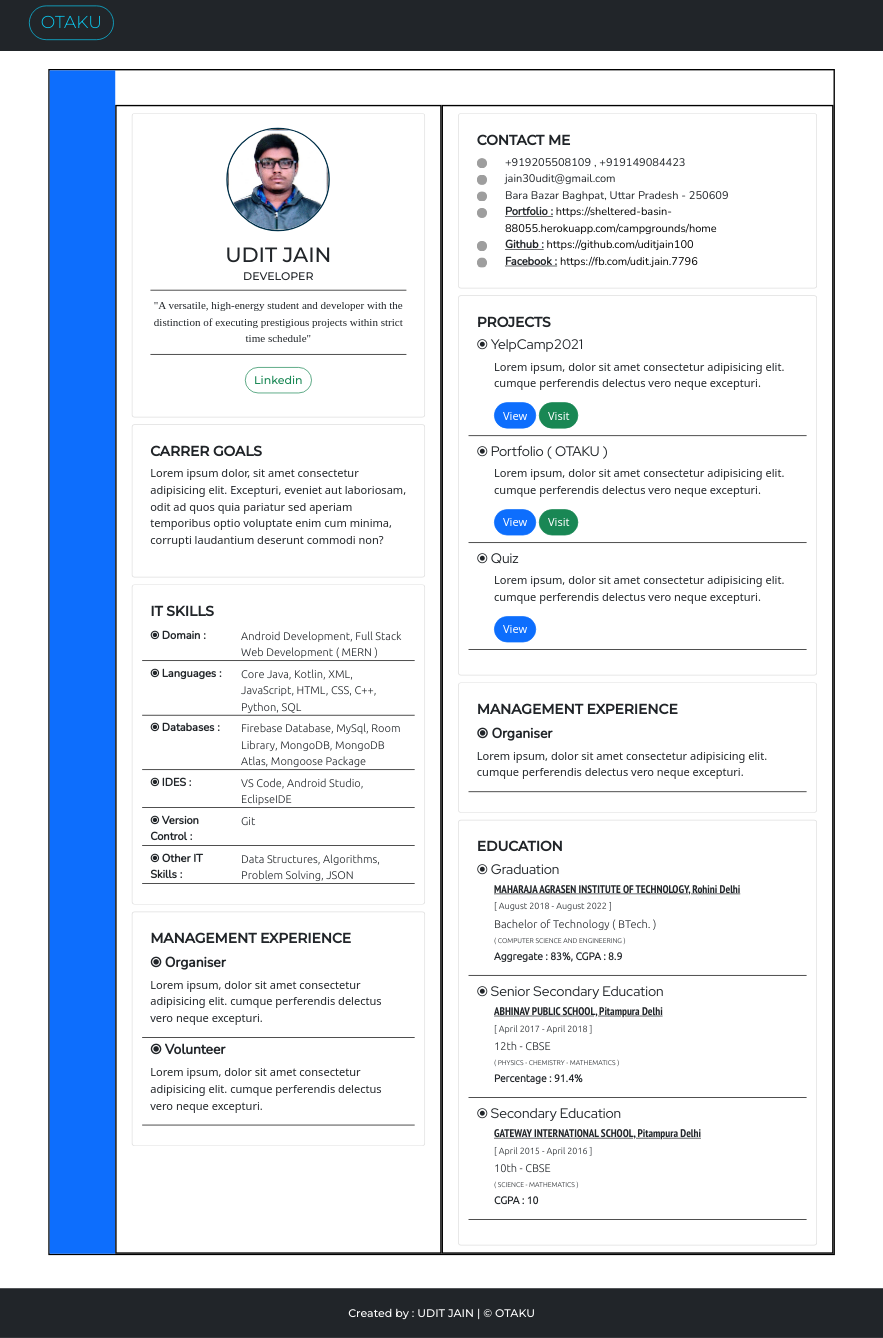
Repository: uditjain100/Responsive-Resume
Page: layouts/index.html
An editor plug-in stored every save of this project. The page is shown before and after the next save, followed by the edit.
The browser window is 1280 px wide. The pictures show the whole page, at 69% of full size.
Pictures or frames that could not be fetched are drawn as grey boxes. Some web fonts or font styles are not loaded; a fallback is used. Some web libraries are served in a nearby version.

Above is the page before, as saved 2021-03-01 18:51:29.

### layouts/index.html
<!DOCTYPE html>
<html lang="en">
  <head>
    <meta charset="UTF-8" />
    <meta http-equiv="X-UA-Compatible" content="IE=edge" />
    <meta name="viewport" content="width=device-width, initial-scale=1.0" />
    <title>Udit Jain</title>
    <link rel="stylesheet" href="app.css" />
    <link
      href="https://cdn.jsdelivr.net/npm/bootstrap@5.0.0-beta1/dist/css/bootstrap.min.css"
      rel="stylesheet"
      integrity="sha384-giJF6kkoqNQ00vy+HMDP7azOuL0xtbfIcaT9wjKHr8RbDVddVHyTfAAsrekwKmP1"
      crossorigin="anonymous"
    />

    <link rel="preconnect" href="https://fonts.gstatic.com" />
    <link
      href="https://fonts.googleapis.com/css2?family=Montserrat:wght@300;500&display=swap"
      rel="stylesheet"
    />
    <link
      href="https://fonts.googleapis.com/css2?family=Roboto+Slab:wght@300&display=swap"
      rel="stylesheet"
    />
    <link
      href="https://fonts.googleapis.com/css2?family=Spartan:wght@500&display=swap"
      rel="stylesheet"
    />
    <link
      href="https://fonts.googleapis.com/css2?family=Red+Hat+Display&display=swap"
      rel="stylesheet"
    />
    <link
      href="https://fonts.googleapis.com/css2?family=Ubuntu:wght@300&display=swap"
      rel="stylesheet"
    />
    <link
      href="https://fonts.googleapis.com/css2?family=Quicksand:wght@700&display=swap"
      rel="stylesheet"
    />
    <link
      href="https://fonts.googleapis.com/css2?family=Nunito&display=swap"
      rel="stylesheet"
    />
    <link
      href="https://fonts.googleapis.com/css2?family=Akaya+Kanadaka&display=swap"
      rel="stylesheet"
    />
    <link
      href="https://fonts.googleapis.com/css2?family=Akaya+Kanadaka&family=PT+Sans+Narrow:wght@700&display=swap"
      rel="stylesheet"
    />
  </head>
  <body>
    <header class="header">
      <nav class="navbar navbar-expand-lg navbar-light bg-dark pb-3 fixed-top">
        <div class="container-fluid">
          <a
            id="navtitle"
            class="navbar-brand text-info px-3 rounded-pill border border-info"
            href="#"
            >OTAKU</a
          >
        </div>
      </nav>
    </header>

    <div class="container">
      <div id="wholewindow" class="row">
        <div class="col-1 bg-primary"></div>
        <div id="leftwindow" class="col-5">
          <div id="namebox" class="card">
            <img
              id="profileimg"
              src="profile.jpg"
              class="card-img-top"
              alt="..."
            />
            <div class="card-body">
              <h3 class="card-title" style="font-size: 30px; font-weight: 400">
                UDIT JAIN
              </h3>
              <h6 class="card-subtitle">DEVELOPER</h6>
              <p id="summary">
                "A versatile, high-energy student and developer with the
                distinction of executing prestigious projects within strict time
                schedule"
              </p>
              <a href="#" class="btn btn-outline-success rounded-pill m-2"
                >Linkedin</a
              >
            </div>
          </div>
          <div id="goalbox" class="card">
            <div class="card-body">
              <h3 class="card-title">CARRER GOALS</h3>
              <p>
                Lorem ipsum dolor, sit amet consectetur adipisicing elit.
                Excepturi, eveniet aut laboriosam, odit ad quos quia pariatur
                sed aperiam temporibus optio voluptate enim cum minima, corrupti
                laudantium deserunt commodi non?
              </p>
            </div>
          </div>
          <div id="itskillsbox" class="card">
            <div class="card-body">
              <h3 class="card-title">IT SKILLS</h3>
              <ul class="list-group">
                <li id="itskillsitem" class="row">
                  <span class="col-4" id="que">⦿ Domain : </span>
                  <span class="col-8" id="ans"
                    >Android Development, Full Stack Web Development ( MERN
                    )</span
                  >
                </li>
                <li id="itskillsitem" class="row">
                  <span class="col-4" id="que">⦿ Languages : </span>
                  <span class="col-8" id="ans"
                    >Core Java, Kotlin, XML, JavaScript, HTML, CSS, C++, Python,
                    SQL</span
                  >
                </li>
                <li id="itskillsitem" class="row">
                  <span class="col-4" id="que">⦿ Databases : </span>
                  <span class="col-8" id="ans"
                    >Firebase Database, MySql, Room Library, MongoDB, MongoDB
                    Atlas, Mongoose Package</span
                  >
                </li>
                <li id="itskillsitem" class="row">
                  <span class="col-4" id="que">⦿ IDES : </span>
                  <span class="col-8" id="ans"
                    >VS Code, Android Studio, EclipseIDE</span
                  >
                </li>
                <li id="itskillsitem" class="row">
                  <span class="col-4" id="que">⦿ Version Control : </span>
                  <span class="col-8" id="ans">Git</span>
                </li>
                <li id="itskillsitem" class="row">
                  <span class="col-4" id="que">⦿ Other IT Skills : </span>
                  <span class="col-8" id="ans"
                    >Data Structures, Algorithms, Problem Solving, JSON</span
                  >
                </li>
              </ul>
            </div>
          </div>
          <div id="managementskillsbox" class="card">
            <div class="card-body">
              <h3 class="card-title">MANAGEMENT EXPERIENCE</h3>
              <ul class="list-group">
                <li id="managementskillsitem" class="row">
                  <h5 id="que" class="display-10">⦿ Organiser</h5>
                  <p>
                    Lorem ipsum, dolor sit amet consectetur adipisicing elit.
                    cumque perferendis delectus vero neque excepturi.
                  </p>
                </li>
                <li id="managementskillsitem" class="row">
                  <h5 id="que" class="display-10">⦿ Volunteer</h5>
                  <p>
                    Lorem ipsum, dolor sit amet consectetur adipisicing elit.
                    cumque perferendis delectus vero neque excepturi.
                  </p>
                </li>
              </ul>
            </div>
          </div>
        </div>
        <div id="rightwindow" class="col-6">
          <div id="contactbox" class="card">
            <div class="card-body">
              <h3 class="card-title">CONTACT ME</h3>
              <ul class="list-group">
                <li id="contactitem" class="row">
                  <div class="col-1">
                    <img
                      src="https://cdn.jsdelivr.net/npm/simple-icons@3.0.1/icons/android.svg"
                      alt=""
                    />
                  </div>
                  <div class="col-11">+919205508109 , +919149084423</div>
                </li>
                <li id="contactitem" class="row">
                  <div class="col-1">
                    <img
                      src="https://cdn.jsdelivr.net/npm/simple-icons@3.0.1/icons/gmail.svg"
                      alt=""
                    />
                  </div>
                  <div class="col-11">jain30udit@gmail.com</div>
                </li>
                <li id="contactitem" class="row">
                  <div class="col-1">
                    <img
                      src="https://cdn.jsdelivr.net/npm/simple-icons@3.0.1/icons/googlemaps.svg"
                      alt=""
                    />
                  </div>
                  <div class="col-11">
                    Bara Bazar Baghpat, Uttar Pradesh - 250609
                  </div>
                </li>
                <li id="contactitem" class="row">
                  <div class="col-1">
                    <img
                      src="https://cdn.jsdelivr.net/npm/simple-icons@4.13.0/icons/webpack.svg"
                      alt=""
                    />
                  </div>
                  <div style="text-align: left; margin-left: 0" class="col-11">
                    <span style="text-decoration: underline; font-weight: 800"
                      >Portfolio :</span
                    >
                    <a
                      href="https://sheltered-basin-88055.herokuapp.com/campgrounds/home"
                      ><span
                        >https://sheltered-basin-88055.herokuapp.com/campgrounds/home</span
                      ></a
                    >
                  </div>
                </li>
                <li id="contactitem" class="row">
                  <div class="col-1">
                    <img
                      src="https://cdn.jsdelivr.net/npm/simple-icons@4.13.0/icons/github.svg"
                      alt=""
                    />
                  </div>
                  <div style="text-align: left; margin-left: 0" class="col-11">
                    <span style="text-decoration: underline; font-weight: 800"
                      >Github :</span
                    >
                    <a href="https://github.com/uditjain100"
                      ><span>https://github.com/uditjain100</span></a
                    >
                  </div>
                </li>
                <li id="contactitem" class="row">
                  <div class="col-1">
                    <img
                      src="https://cdn.jsdelivr.net/npm/simple-icons@4.13.0/icons/facebook.svg"
                      alt=""
                    />
                  </div>
                  <div style="text-align: left; margin-left: 0" class="col-11">
                    <span style="text-decoration: underline; font-weight: 800"
                      >Facebook :</span
                    >
                    <a href="https://fb.com/udit.jain.7796"
                      ><span>https://fb.com/udit.jain.7796</span></a
                    >
                  </div>
                </li>
              </ul>
            </div>
          </div>
          <div id="projectbox" class="card">
            <div class="card-body">
              <h3 class="card-title">PROJECTS</h3>
              <ul class="list-group">
                <li id="projectitem" class="row">
                  <h5 id="projecttitle" class="display-10">⦿ YelpCamp2021</h5>
                  <div id="projectdetails">
                    <p>
                      Lorem ipsum, dolor sit amet consectetur adipisicing elit.
                      cumque perferendis delectus vero neque excepturi.
                    </p>
                    <span>
                      <a href="" class="btn btn-primary rounded-pill">View</a>
                      <a href="" class="btn btn-success rounded-pill">Visit</a>
                    </span>
                  </div>
                </li>
                <li id="projectitem" class="row">
                  <h5 id="projecttitle" class="display-10">
                    ⦿ Portfolio ( OTAKU )
                  </h5>
                  <div id="projectdetails">
                    <p>
                      Lorem ipsum, dolor sit amet consectetur adipisicing elit.
                      cumque perferendis delectus vero neque excepturi.
                    </p>
                    <span>
                      <a
                        href="https://github.com/uditjain100/YelpCamp2021"
                        class="btn btn-primary rounded-pill"
                        >View</a
                      >
                      <a
                        href="https://sheltered-basin-88055.herokuapp.com/campgrounds/home"
                        class="btn btn-success rounded-pill"
                        >Visit</a
                      >
                    </span>
                  </div>
                </li>
                <li id="projectitem" class="row">
                  <h5 id="projecttitle" class="display-10">⦿ Quiz</h5>
                  <div id="projectdetails">
                    <p>
                      Lorem ipsum, dolor sit amet consectetur adipisicing elit.
                      cumque perferendis delectus vero neque excepturi.
                    </p>
                    <span>
                      <a
                        href="https://github.com/uditjain100/Quiz"
                        class="btn btn-primary rounded-pill"
                        >View</a
                      >
                    </span>
                  </div>
                </li>
              </ul>
            </div>
          </div>
          <div id="managementskillsbox" class="card">
            <div class="card-body">
              <h3 class="card-title">MANAGEMENT EXPERIENCE</h3>
              <ul class="list-group">
                <li id="managementskillsitem" class="row">
                  <h5 id="que" class="display-10">⦿ Organiser</h5>
                  <p>
                    Lorem ipsum, dolor sit amet consectetur adipisicing elit.
                    cumque perferendis delectus vero neque excepturi.
                  </p>
                </li>
              </ul>
            </div>
          </div>
          <div id="educationbox" class="card">
            <div class="card-body">
              <h3 class="card-title">EDUCATION</h3>
              <ul class="list-group">
                <li id="educationitem" class="row">
                  <h5 id="educationtitle" class="display-10">⦿ Graduation</h5>
                  <div id="details" style="margin-left: 25px">
                    <h6
                      id="institutename"
                      style="font-family: 'PT Sans Narrow'"
                      class="display-12"
                    >
                      MAHARAJA AGRASEN INSTITUTE OF TECHNOLOGY, Rohini Delhi
                    </h6>
                    <h6
                      class="text-fade"
                      id="timestamp"
                      style="font-weight: 400"
                    >
                      [ August 2018 - August 2022 ]
                    </h6>
                    <h6 id="stream">Bachelor of Technology ( BTech. )</h6>
                    <h6 id="subjects">( COMPUTER SCIENCE AND ENGINEERING )</h6>
                    <h6 id="marks">Aggregate : 83%, CGPA : 8.9</h6>
                  </div>
                </li>
                <li id="educationitem" class="row">
                  <h5 id="educationtitle" class="display-10">
                    ⦿ Senior Secondary Education
                  </h5>
                  <div id="details" style="margin-left: 25px">
                    <h6
                      id="institutename"
                      style="font-family: 'PT Sans Narrow'"
                      class="display-12"
                    >
                      ABHINAV PUBLIC SCHOOL, Pitampura Delhi
                    </h6>
                    <h6
                      class="text-fade"
                      id="timestamp"
                      style="font-weight: 400"
                    >
                      [ April 2017 - April 2018 ]
                    </h6>
                    <h6 id="stream">12th - CBSE</h6>
                    <h6 id="subjects">( PHYSICS - CHEMISTRY - MATHEMATICS )</h6>
                    <h6 id="marks">Percentage : 91.4%</h6>
                  </div>
                </li>
                <li id="educationitem" class="row">
                  <h5 id="educationtitle" class="display-10">
                    ⦿ Secondary Education
                  </h5>
                  <div id="details" style="margin-left: 25px">
                    <h6
                      id="institutename"
                      style="font-family: 'PT Sans Narrow'"
                      class="display-12"
                    >
                      GATEWAY INTERNATIONAL SCHOOL, Pitampura Delhi
                    </h6>
                    <h6
                      class="text-fade"
                      id="timestamp"
                      style="font-weight: 400"
                    >
                      [ April 2015 - April 2016 ]
                    </h6>
                    <h6 id="stream">10th - CBSE</h6>
                    <h6 id="subjects">( SCIENCE - MATHEMATICS )</h6>
                    <h6 id="marks">CGPA : 10</h6>
                  </div>
                </li>
              </ul>
            </div>
          </div>
        </div>
      </div>
    </div>

    <footer class="footer bg-dark mt-5 py-4">
      <div class="container">
        <span class="" style="text-align: center"
          >Created by : UDIT JAIN | &copy; OTAKU</span
        >
      </div>
    </footer>

    <script
      src="https://cdn.jsdelivr.net/npm/@popperjs/core@2.6.0/dist/umd/popper.min.js"
      integrity="sha384-KsvD1yqQ1/1+IA7gi3P0tyJcT3vR+NdBTt13hSJ2lnve8agRGXTTyNaBYmCR/Nwi"
      crossorigin="anonymous"
    ></script>
    <script
      src="https://cdn.jsdelivr.net/npm/bootstrap@5.0.0-beta2/dist/js/bootstrap.min.js"
      integrity="sha384-nsg8ua9HAw1y0W1btsyWgBklPnCUAFLuTMS2G72MMONqmOymq585AcH49TLBQObG"
      crossorigin="anonymous"
    ></script>

    <script src="https://cdnjs.cloudflare.com/ajax/libs/typed.js/2.0.11/typed.min.js"></script>

    <script src="app.js"></script>
  </body>
</html>

### layouts/app.css
/* * Common Section */

@keyframes transitionIn {
  from {
    opacity: 0;
    transform: rotateY(-10deg);
  }
  to {
    opacity: 1;
    transform: rotateY(0);
  }
}

html {
  animation: transitionIn 1s;
}

/* * Navbar Section */

#navtitle {
  font-family: "Montserrat";
  font-size: 25px;
  font-weight: 300;
  margin-left: 30px;
}

#navlist li {
  font-family: "Montserrat";
  font-weight: 200;
  margin: 10px;
  padding: 10px;
  font-size: 20px;
  transition: 0.1s;
  display: flex;
  flex-direction: column-reverse;
  align-items: center;
}

#navlist li img {
  width: 30px;
  display: none;
  height: 30px;
  margin: 5px;
  border-radius: 50%;
}

#navlist li:hover {
  font-weight: 500;
  border-bottom-left-radius: 10%;
  border-bottom-right-radius: 10%;
  border-bottom: 2px white solid;
}

@media (max-width: 993px) {
  #navlist li img {
    display: flex;
    background-color: grey;
  }
}

/*  ********************* resume work */

#wholewindow {
  margin-top: 100px;
  border: 2px black solid;
  display: flex;
  flex-direction: row;
  flex-wrap: wrap;
  justify-content: space-evenly;
  /* align-items: center; */
}

#leftwindow,
#rightwindow {
  margin-top: 50px;
  border: 2px black solid;
  min-width: 400px;
}

#namebox {
  display: flex;
  flex-direction: column;
  flex-wrap: wrap;
  justify-content: space-evenly;
  align-items: center;
  text-align: center;
  font-family: "Montserrat";
}

#profileimg {
  width: 150px;
  height: 150px;
  border-radius: 50%;
  border: 2px #003049 solid;
  margin-top: 10px;
}
#summary {
  font-family: "Akaya Kanadaka";
  margin-top: 10px;
  margin-bottom: 10px;
  padding-top: 10px;
  padding-bottom: 10px;

  border-bottom: 1px black solid;
  border-top: 1px black solid;
}

#itskillsitem,
#managementskillsitem {
  border-bottom: 1px black solid;
  margin-top: 3px;
  margin-bottom: 3px;
}

#que {
  font-family: "Nunito";
  font-weight: 900;
  text-align: left;
}

#ans {
  font-family: "Ubuntu";
  font-weight: 400;
  text-align: left;
}

li img {
  width: 15px;
  height: 15px;
  border-radius: 50%;
  margin-right: 5px;
}

#contactitem {
  font-family: "Nunito";
}

#contactitem div a {
  color: black;
  text-decoration: none;
  transition: 0.3s;
}

#contactitem div a:hover {
  color: dodgerblue;
  text-decoration: underline;
}

#educationtitle {
  font-family: "Red Hat Display";
  font-weight: 200;
}

#educationitem,
#projectitem {
  margin-bottom: 10px;
  padding-bottom: 10px;
  border-bottom: 1px black solid;
}

#details {
  font-family: "Ubuntu";
}

#institutename {
  text-decoration: underline;
}

#timestamp {
  font-size: 13px;
}

#stream {
  font-size: 16px;
  font-weight: 400;
}

#subjects {
  font-size: 10px;
  font-weight: 300;
}

#marks {
  font-size: 15px;
  font-weight: 700;
}

#projecttitle {
  font-family: "Red Hat Display";
  font-weight: 400;
}

#projectdetails {
  margin-left: 25px;
}

.card {
  margin: 10px;
  padding: 10px;
}

.card-title {
  font-family: "Montserrat";
  font-weight: 900;
  font-size: 20px;
}

/* * Common Section */

.footer {
  position: -webkit-sticky;
  left: 0;
  bottom: 0;
  width: 100%;
  color: white;
  text-align: center;
  font-family: "Montserrat";
}

Loaded but not shown: layouts/app.js (no copy from this time; the picture is the same without it)

After the next save:
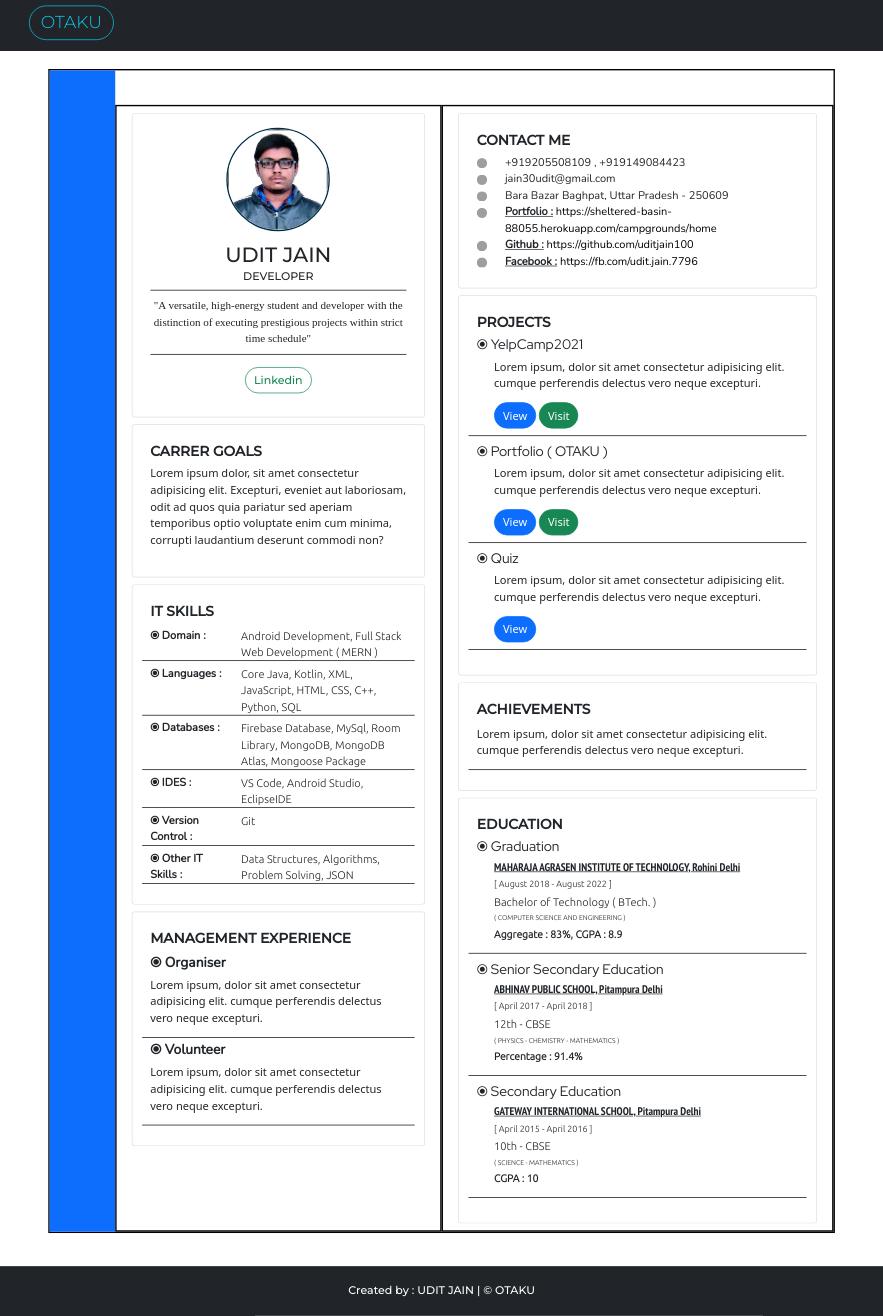
Saved 22 s later.
--- a/layouts/index.html
+++ b/layouts/index.html
@@ -317,10 +317,9 @@
           </div>
           <div id="managementskillsbox" class="card">
             <div class="card-body">
-              <h3 class="card-title">MANAGEMENT EXPERIENCE</h3>
+              <h3 class="card-title">ACHIEVEMENTS</h3>
               <ul class="list-group">
                 <li id="managementskillsitem" class="row">
-                  <h5 id="que" class="display-10">⦿ Organiser</h5>
                   <p>
                     Lorem ipsum, dolor sit amet consectetur adipisicing elit.
                     cumque perferendis delectus vero neque excepturi.
